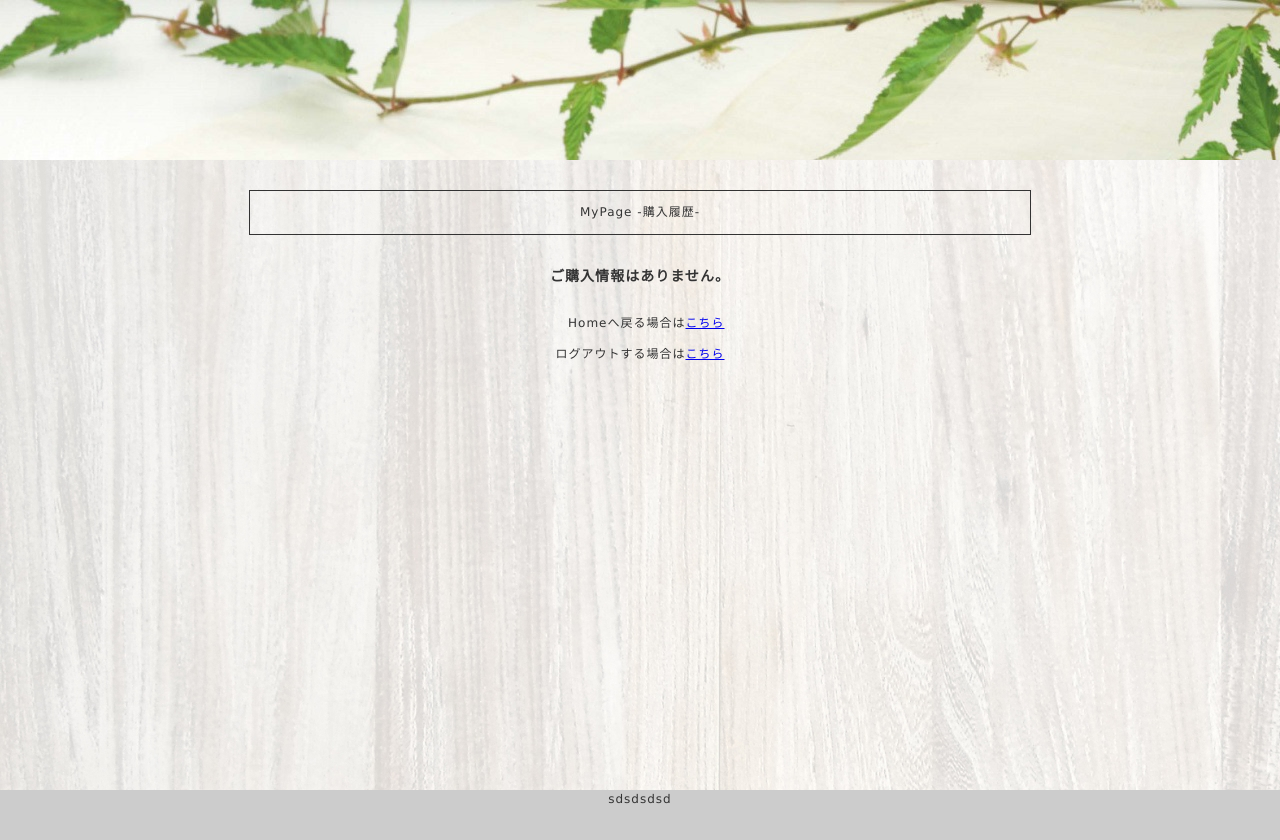
Repository: hiranatsu/ECtest
Page: http://localhost/myecsite01/myPage.jsp
The author's editor kept a copy of each file at every save. The page is drawn from the files as they stood at one save, then again after the next save.
The browser window is 1280 px wide. The pictures show the whole page.
The page is served by Tomcat 9.

Above is the page before, as saved 2018-09-20 05:26:33.

After the next save:
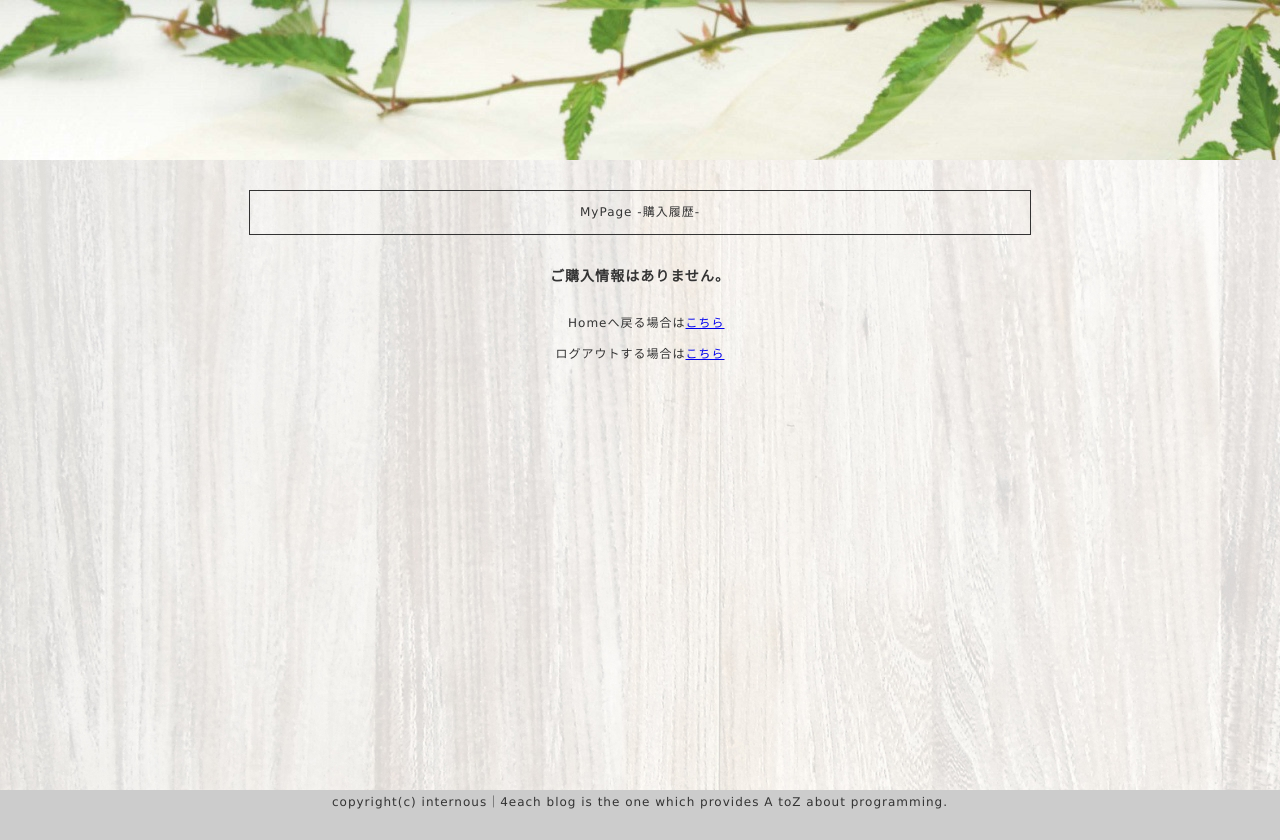
Saved 3 min 20 s later.
--- a/myecsite01/WebContent/myPage.jsp
+++ b/myecsite01/WebContent/myPage.jsp
@@ -55,7 +55,7 @@
 	height:50px;
 	background-color:#CCCCCC;
 	text-align:center;
-	vertical-align:middle;
+	line-height:25px;
 	clear:both;
 	}
 
@@ -116,7 +116,7 @@
 		</div>
 	</div>
 	<div id="footer">
-		<div id="pr">sdsdsdsd</div>
+		<div id="pr"> copyright(c) internous｜4each blog is the one which provides A toZ about programming. </div>
 	</div>
 
 </body>
